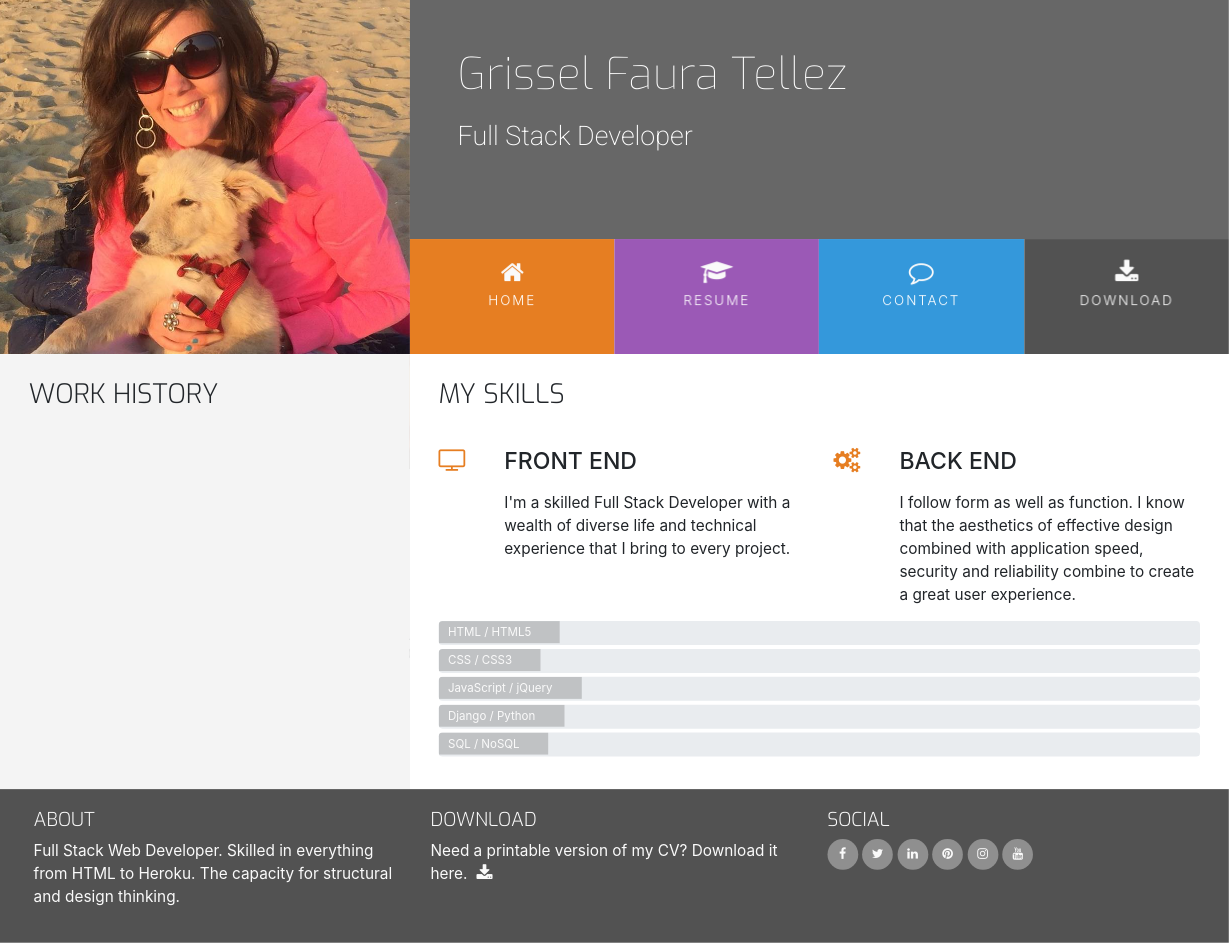
Repository: grisselfaura/Resume-Project-Introduction
Page: resume.html
The author's editor kept a record of every edit. The page is drawn from the files as they stood at one moment, then again after the next edit.
The browser window is 1280 px wide. The pictures show the whole page, at 96% of full size.

Above is the page before.

### resume.html
<!DOCTYPE html>
<html lang="en">
<head>
    <meta charset="UTF-8">
    <meta name="viewport" content="width=device-width, initial-scale=1.0">
    <meta http-equiv="X-UA-Compatible" content="ie=edge">
    <link rel="stylesheet" href="https://stackpath.bootstrapcdn.com/bootstrap/4.3.1/css/bootstrap.min.css" type="text/css" />
    <link rel="stylesheet" href="https://stackpath.bootstrapcdn.com/font-awesome/4.7.0/css/font-awesome.min.css" type="text/css" />
    <link rel="stylesheet" href="https://cdnjs.cloudflare.com/ajax/libs/hover.css/2.3.1/css/hover-min.css" type="text/css" />
    <link rel="stylesheet" href="assets/CSS/style.css" type="text/css" />
    <title>Grissel</title>
</head>
<body>
    <header>
       <div class="row no-gutters">
           <a class="col-md-4 logo" href="index.html"></a>
           <div class="col-md-8">
               <div class="row no-gutters bg-color-name-title">
                   <div class="col heading">
                       <h1 class="name">Grissel Faura Tellez</h1>
                       <h2 class="title">Full Stack Developer</h2>
                    </div>
               </div>
               <div class="row no-gutters">
                   <div class="col">
                       <ul id="nav" class="list-inline menucontainer">
                           <li class="col-6 col-sm-3 ui-menu-color-home list-inline-item menuitem">
                               <a href="#" class="hvr-sweep-to-bottom"><i class="fa fa-home" aria-hidden="true"></i><span>Home</span></a>
                           </li>
                           <li class="col-6 col-sm-3 ui-menu-color-resume list-inline-item menuitem">
                               <a href="#" class="hvr-sweep-to-bottom"><i class="fa fa-graduation-cap" aria-hidden="true"></i><span>Resume</span></a>
                           </li>
                           <li class="col-6 col-sm-3 ui-menu-color-contact list-inline-item menuitem">
                               <a href="#" class="hvr-sweep-to-bottom"><i class="fa fa-comment-o" aria-hidden="true"></i><span>Contact</span></a>
                           </li>
                           <li class="col-6 col-sm-3 ui-menu-color-download list-inline-item menuitem">
                               <a href="#" class="hvr-sweep-to-bottom"><i class="fa fa-download" aria-hidden="true"></i><span>Download</span></a>
                           </li>
                       </ul>
                   </div>
               </div>
           </div>
       </div>
    </header>
    <section class="container-fluid">
        <div class="row">
            <div class="col-md-4 bg-color-personal-info section-column">
                <div class="row">
                    <div class="col-12">
                        <h3 class="section-heading uppercase">Work History</h3>
                    </div>
                </div>
            </div>
            <div class="col-md-8 bg-color-three-reasons section-column">
                <div class="row">
                    <div class="col">
                        <h3 class="section-heading uppercase">My Skills</h3>
                    </div>
                </div>
                <div class="row">
                    <div class="col-10 offset-1 offset-sm-0 col-sm-4 col-md-6">
                        <div class="row">
                            <div class="col-2">
                                <i class="three-reasons-icon fa fa-tv" aria-hidden="true"></i>
                            </div>
                            <div class="col-10">
                                <h4 class="three-reasons-heading uppercase">Front End</h4>
                                <p>
                                    I'm a skilled Full Stack Developer with a wealth of diverse life and technical experience that I bring to every project.
                                </p>
                            </div>
                        </div>
                    </div>
                    <div class="col-10 offset-1 offset-sm-0 col-sm-4 col-md-6">
                        <div class="row">
                            <div class="col-2">
                                <i class="three-reasons-icon fa fa-gears" aria-hidden="true"></i>
                            </div>
                            <div class="col-10">
                                <h4 class="three-reasons-heading uppercase">Back End</h4>
                                <p>
                                    I follow form as well as function. I know that the aesthetics of effective design combined with application speed, security and reliability combine to create a great user experience.
                                </p>
                            </div>
                        </div>
                    </div>
                </div>
                <div class="row">
                    <div class="col">
                        <div class="progress">
                            <div class="progress-bar" role="progressbar" aria-valuenow="90" aria-valuemin="0" aria-valuemax="100" style:"width:90%;">
                                <span class="sr-only">90% complete</span>
                            </div>
                            <span class="progress-type">HTML / HTML5</span>
                        </div>
                        <div class="progress">
                            <div class="progress-bar bg-sucess" role="progressbar" aria-valuenow="80" aria-valuemin="0" aria-valuemax="100" style:"width:80%;">
                                <span class="sr-only">80% complete</span>
                            </div>
                            <span class="progress-type">CSS / CSS3</span>
                        </div>
                        <div class="progress">
                            <div class="progress-bar bg-info" role="progressbar" aria-valuenow="70" aria-valuemin="0" aria-valuemax="100" style:"width:70%;">
                                <span class="sr-only">70% complete</span>
                            </div>
                            <span class="progress-type">JavaScript / jQuery</span>
                        </div>
                        <div class="progress">
                            <div class="progress-bar bg-warning" role="progressbar" aria-valuenow="80" aria-valuemin="0" aria-valuemax="100" style:"width:80%;">
                                <span class="sr-only">80% complete</span>
                            </div>
                            <span class="progress-type">Django / Python</span>
                        </div>
                         <div class="progress">
                            <div class="progress-bar bg-daner" role="progressbar" aria-valuenow="80" aria-valuemin="0" aria-valuemax="100" style:"width:80%;">
                                <span class="sr-only">80% complete</span>
                            </div>
                            <span class="progress-type">SQL / NoSQL</span>
                        </div>
                    </div>
                </div>
            </div>
        </div>
 </section>
    <footer class="container-fluid">
        <div id="footer-details" class="row">
            <div class="col-sm-4">
                <h5 class="uppercase general-sub">About</h5>
                <p class ="inline-block">
                Full Stack Web Developer. Skilled in everything from HTML to Heroku. The capacity for structural and design thinking.</p>
            </div>
            <div class="col-sm-4">
                <h5 class="uppercase general-sub">Download</h5>
                <p class ="inline-block">
                Need a printable version of my CV? Download it here.
                    <a href="#" target="_blank" class="cv-pdf">
                        <i class="fa fa-download" aria-hidden="true"></i>
                        <span class="sr-only">Download link again.</span>
                    </a>
                </p>
             </div>
            <div class="col-sm-4">
                <h5 class="uppercase general-sub">Social</h5>
                <ul class="list-inline social-links">
                    <li class="list-inline-item">
                        <a target="_blank" href="#">
                            <i class="fa fa-facebook" aria-hidden="true"></i>
                            <span class="sr-only">Facebook</span>
                        </a>
                    </li>
                    <li class="list-inline-item">
                        <a target="_blank" href="#">
                            <i class="fa fa-twitter" aria-hidden="true"></i>
                            <span class="sr-only">Twitter</span>
                        </a>
                    </li>
                     <li class="list-inline-item">
                        <a target="_blank" href="#">
                            <i class="fa fa-linkedin" aria-hidden="true"></i>
                            <span class="sr-only">LinkedIn</span>
                        </a>
                    </li>
                    <li class="list-inline-item">
                        <a target="_blank" href="#">
                            <i class="fa fa-pinterest" aria-hidden="true"></i>
                            <span class="sr-only">Pinterest</span>
                        </a>
                    </li>
                    <li class="list-inline-item">
                        <a target="_blank" href="#">
                            <i class="fa fa-instagram" aria-hidden="true"></i>
                            <span class="sr-only">Instagram</span>
                        </a>
                    </li>
                    <li class="list-inline-item">
                        <a target="_blank" href="#">
                            <i class="fa fa-youtube" aria-hidden="true"></i>
                            <span class="sr-only">Youtube</span>
                        </a>
                    </li>
                </ul>
            </div>
        </div>
    </footer>
</body>
</html>

### assets/CSS/style.css
@import url('https://fonts.googleapis.com/css?family=Roboto:100,200,300,400,500,600,700|Exo:100,200,300,400,500,600,700');

/*---------------------------------Colours*/

.bg-color-name-title {
    background-color: #676767;
}

.bg-color-three-reasons {
    background-color: #fff;
}

.bg-color-personal-info {
    background-color: #f4f4f4;
}

.ui-menu-color-home {
     background-color: #e67e22;
}

.ui-menu-color-resume {
     background-color: #9b59b6;
}

.ui-menu-color-contact {
     background-color: #3498db;
}

.ui-menu-color-download {
     background-color: #525252;
}
/*---------------------------------Special paddings/margins/text*/

h1,
h2,
h3,
h4 {
    margin: 0;
}

.uppercase {
   text-transform: uppercase;
}

.general-sub {
    font-family: "Exo", sans-serif;
    font-weight: 300;
    color: #fafafa;
}

.inline-block {
    display: inline-block;
}

.row-table {
    display: table;
}

.section-column {
    display: table-cell;
    padding: 0 30px 30px;
    float: none;
}

.section-heading {
    font-family: "Exo", sans-serif;
    font-weight: 300;
    margin-top: 25px;
    margin-bottom: 40px;
}

/*---------------------------------Heading*/
header {
    margin: 0;
}

.heading {
    margin-left: 50px;
}

.logo {
    background: url("../images/gri.jpg");
    background-position: center;
    background-repeat: no-repeat;
    background-size: cover;
    min-height: 360px;
    transition: all .5s ease-in-out;
    -moz-transition: all .5s ease-in-out;
    -webkit-transition: all .5s ease-in-out;
}

.name {
    font-family: "Exo", sans-serif;
    font-weight: 100;
    font-size: 46px;
    margin-top: 50px;
    color: #ffffff;
}

.title {
    font-family: "Roboto", sans-serif;
    font-weight: 200;
    font-size: 28px;
    margin-top: 20px;
    margin-bottom: 90px;
    color: #ffffff;
}
.list-inline-item:not(:last-child) {
    margin-right: 0;
}
.menucontainer {
    font-size: 0;
}

#nav {
    margin: 0
}

#nav li {
    font-size: 14px;
    padding: 0;
}

.menuitem {
    height: 120px;
    text-align: center;
    padding: 0;
}

.menuitem a {
    width: 100%;
    text-decoration: none;
    color: #fff;
    height: 120px;
}

.menuitem a i {
    padding-top: 22px;
    display: block;
    color: #fafafa;
    font-size: 26px;
}

.menuitem span {
    display: block;
    width: 100%;
    padding-top: 5px;
    text-align: center;
    text-transform: uppercase;
    font-size: 14px;
    font-weight: 300;
    letter-spacing: 2px;
}

/*---------------------------------Hover.css*/
.hvr-sweep-to-bottom:before {
    background: rgba(0,0,0,0.2);
    height: 120px;
}

/*---------------------------------Footer*/

footer {
    background-color: #525252;
    color: #fafafa;
    min-height: 120px;
    margin: 0;
}

.cv-pdf i {
  font-size: 18px;
  color: #fafafa;
  text-align: center;
  padding-left: 5px;
  transition: all 0.35s ease-in-out;
  -moz-transition: all 0.35s ease-in-out;
  -webkit-transition: all 0.35s ease-in-out;
  -o-transition: all 0.35s ease-in-out;
}

.cv-pdf i:hover {
  color: #e84610;
}

.social-links {
    padding-bottom: 15px;
}

.social-links li a i {
    width: 32px;
    height: 32px;
    padding: 12px 0;
    border-radius: 50%;
    font-size: 13px;
    line-height: 7px;
    text-align: center;
    color: #fafafa;
    background: #8f8f8f;
    transition: all 0.35s ease-in-out;
    -moz-transition: all 0.35s ease-in-out;
    -webkit-transition: all 0.35s ease-in-out;
    -o-transition: all 0.35s ease-in-out;
}

.social-links li a i:hover {
    background: #e84610;
}

#footer-details {
    padding: 20px;
}

/*---------------------------------Three Reasons*/

.three-reasons-icon {
    font-size: 26px;
    color: #e67e22;
}

.three-reasons-heading {
    margin-bottom: 15px;
}

/*---------------------------------Personal Info*/
.personal-info-item {
    margin-bottom: 20px;
    display: block;
    clear: both;
}

.personal-info-item .key,
.personal-info-item .value {
    padding-right: 8px;
    display: inline-block;
}

.personal-info-item .key p,
.personal-info-item .value p {
    margin: 0;
}

.personal-info-item .key {
    width: 30%;
    margin-right: 21px;
    padding-top: 2px;
    vertical-align: top;
}

.personal-info-item .key p {
    font-weight: 700;
}

.personal-info-item .value {
    position: relative;
    width: 60%;
}

/*---------------------------------Skills*/

.progress {
    position: relative;
    height: 25px;
    margin-bottom: 4px;
}

.progress-type {
    position: absolute;
    left:0px;
    font-weight: 400;
    padding: 3px 30px 2px 10px;
    color: #fafafa;
    background-color: rgba(25, 25, 25, 0.2);
}

.progress-section {
    margin: 40px 20px;

}

After the next edit:
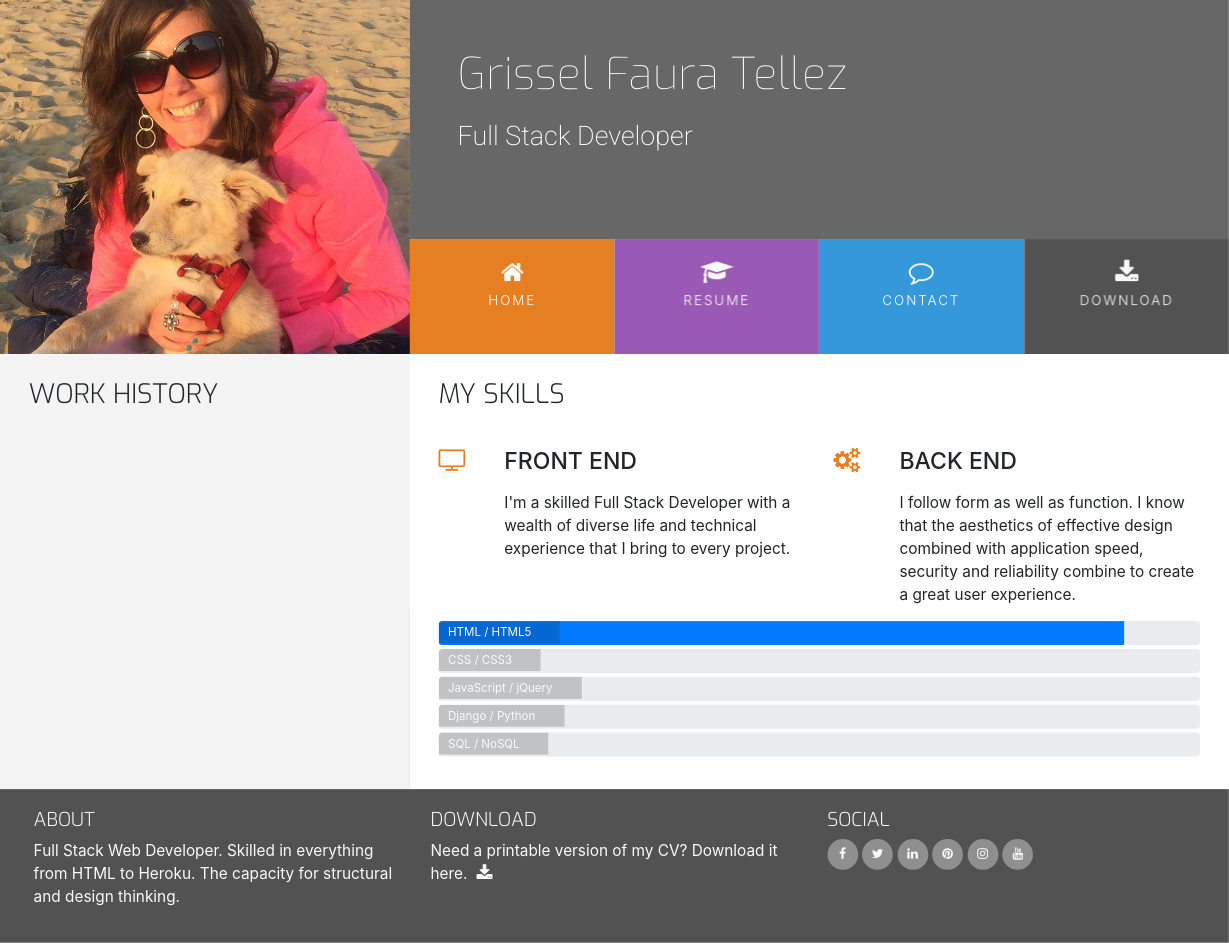
The edit:
--- a/resume.html
+++ b/resume.html
@@ -88,7 +88,7 @@
                 <div class="row">
                     <div class="col">
                         <div class="progress">
-                            <div class="progress-bar" role="progressbar" aria-valuenow="90" aria-valuemin="0" aria-valuemax="100" style:"width:90%;">
+                            <div class="progress-bar" role="progressbar" aria-valuenow="90" aria-valuemin="0" aria-valuemax="100" style="width:90%;">
                                 <span class="sr-only">90% complete</span>
                             </div>
                             <span class="progress-type">HTML / HTML5</span>
